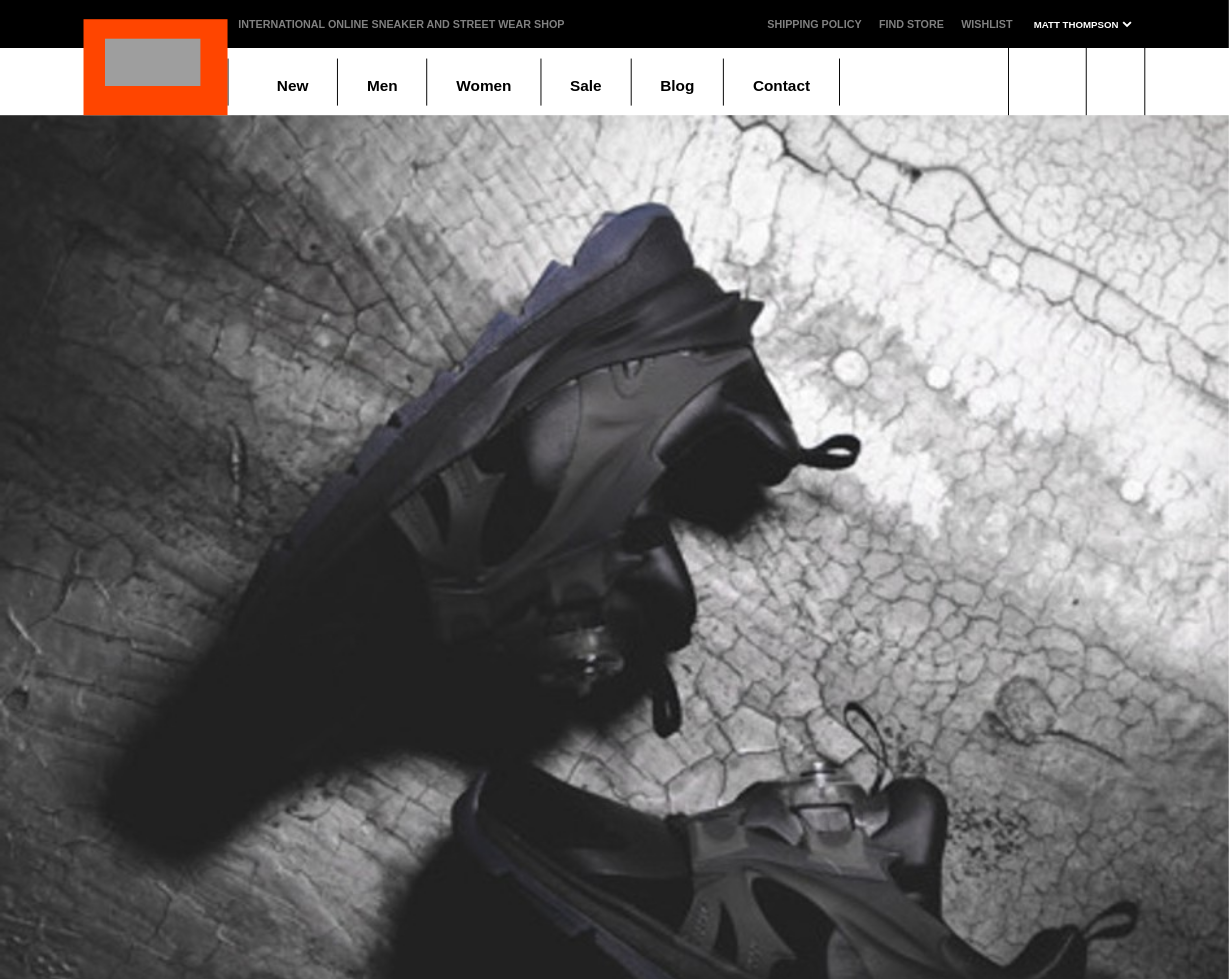
Repository: wadelfadill/premiere_page_web
Page: index.html
These files come from the project's save history. The page is drawn as it stood at one moment and after the next save; the edit follows.
The browser window is 1280 px wide. The pictures show the whole page, at 96% of full size.
Pictures or frames that could not be fetched are drawn as grey boxes. Some icons come from a web library that is not loaded, so they are not drawn.

Above is the page before, as saved 2023-03-20 13:08:27.

After the next save:
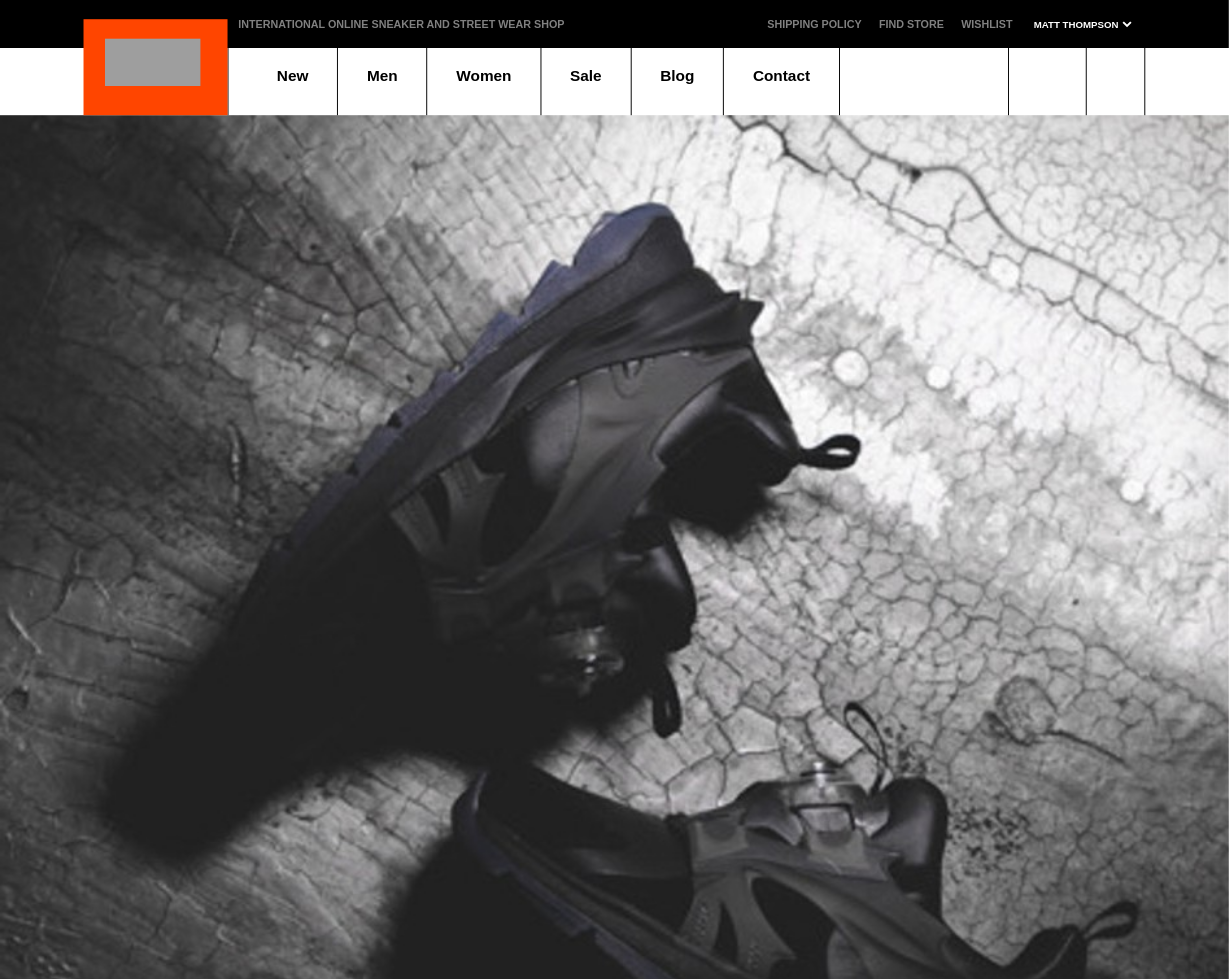
Saved 7 s later.
--- a/style.css
+++ b/style.css
@@ -35,7 +35,7 @@
 }
 .gauche{
     display: flex;
-    height: 70%;
+    height: 100%;
     padding: 0;
     margin: 0;
     justify-content: center;
